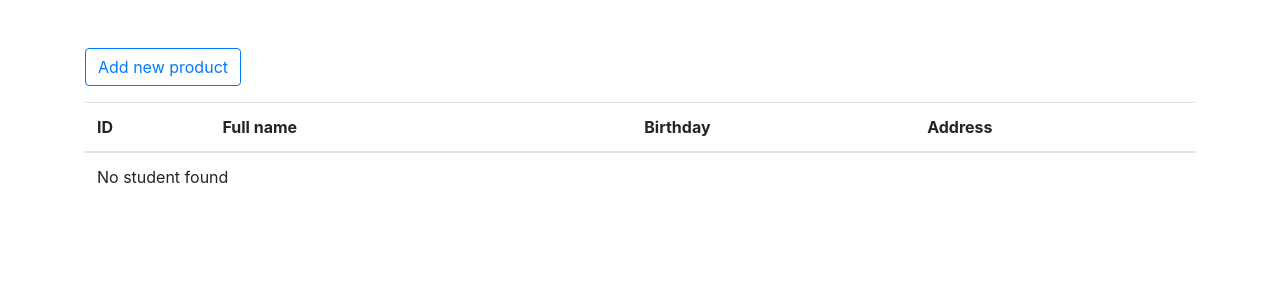
Repository: HungRau/TLU3675-php-laravel
Page: http://localhost/student-manage
An editor plug-in stored every save of this project. The page is shown before and after the next save, followed by the edit.
The browser window is 1280 px wide. The pictures show the whole page.
The page is served by the project's Laravel application, run on PHP 8.4 with Laravel 9. Other server files are loaded and not shown. Queries for data that is not in the repository find no rows.

Above is the page before, as saved 2022-10-14 21:25:28.

### routes/web.php
<?php

use Illuminate\Support\Facades\Route;

/*
|--------------------------------------------------------------------------
| Web Routes
|--------------------------------------------------------------------------
|
| Here is where you can register web routes for your application. These
| routes are loaded by the RouteServiceProvider within a group which
| contains the "web" middleware group. Now create something great!
|
*/

Route::get('/', function () {
    return view('welcome');
});
Route::get('/student-manage', 'App\Http\Controllers\StudentController@get_all_student');

// Route::get('student-edit/', function () {
//     return view('student_edit');
// });
Route::get('/student-edit/{id}', 'App\Http\Controllers\StudentController@edit');

### app/Http/Controllers/StudentController.php
<?php

namespace App\Http\Controllers;

use App\Models\Student; //add
use Illuminate\Http\Request;

class StudentController extends Controller
{
    public function get_all_student()
    {
        $students = Student::all(); //Nhan all du lieu tu DB
        return view('student_manage', ['students' => $students]);
    }
    public function get_student_by_id($id)
    {
        //do
        $students = Student::where('id', $id)->first();
        // $students = Student::find($id);
        return $students;
    }
    public function edit($id)
    {
        $students = Student::find($id);
        return view('student_edit', ['students' => $students]);
    }
    // /**
    //  * Show the form for creating a new resource.
    //  *
    //  * @return \Illuminate\Http\Response
    //  */
    // public function create()
    // {
    //     return view('student.add');
    // }

    // /**
    //  * Store a newly created resource in storage.
    //  *
    //  * @param  \Illuminate\Http\Request  $request
    //  * @return \Illuminate\Http\Response
    //  */
    // public function store(Request $request)
    // {
    //     $newPost = Student::create([
    //         'id' => $request->title,
    //         'fullname' => $request->fullname,
    //         'birthday' => $request->birthday,
    //         'address' => $request->address
    //     ]);

    //     return redirect('student/' . $newPost->id . '/edit');
    // }

    // /**
    //  * Display the specified resource.
    //  *
    //  * @param  \App\Models\Product  $product
    //  * @return \Illuminate\Http\Response
    //  */
    // public function show(Student $student)
    // {
    //     //
    // }

    // /**
    //  * Show the form for editing the specified resource.
    //  *
    //  * @param  \App\Models\Product  $product
    //  * @return \Illuminate\Http\Response
    //  */
    // public function edit(Student $student)
    // {
    //     return view('student.edit', [
    //         'student' => $student,
    //     ]);
    // }

    // /**
    //  * Update the specified resource in storage.
    //  *
    //  * @param  \Illuminate\Http\Request  $request
    //  * @param  \App\Models\Product  $product
    //  * @return \Illuminate\Http\Response
    //  */
    // public function update(Request $request, Student $student)
    // {
    //     $student->update([
    //         'id' => $request->title,
    //         'fullname' => $request->fullname,
    //         'birthday' => $request->birthday,
    //         'address' => $request->address
    //     ]);

    //     return redirect('student/' . $student->id . '/edit');
    // }

    // /**
    //  * Remove the specified resource from storage.
    //  *
    //  * @param  \App\Models\Product  $product
    //  * @return \Illuminate\Http\Response
    //  */
    // public function destroy(Student $student)
    // {
    //     $student->delete();
    //     return redirect('product/');
    // }
}

### app/Models/Student.php
<?php

namespace App\Models;

use Illuminate\Database\Eloquent\Factories\HasFactory;
use Illuminate\Database\Eloquent\Model;

class Student extends Model
{
    use HasFactory;
    protected $table = "students";
    protected $fillable = ['id', 'fullname', 'birthday', 'address'];
}

### resources/views/student_manage.blade.php
<!doctype html>
<html lang="en">
  <head>
    <title>Title</title>
    <!-- Required meta tags -->
    <meta charset="utf-8">
    <meta name="viewport" content="width=device-width, initial-scale=1, shrink-to-fit=no">

    <!-- Bootstrap CSS -->
    <link rel="stylesheet" href="https://stackpath.bootstrapcdn.com/bootstrap/4.3.1/css/bootstrap.min.css" integrity="sha384-ggOyR0iXCbMQv3Xipma34MD+dH/1fQ784/j6cY/iJTQUOhcWr7x9JvoRxT2MZw1T" crossorigin="anonymous">
  </head>
  <body>
    <div class="container">
        <div class="row">
            <div class="col-12 text-center pt-5">
                <div class="text-left"><a href="product/create" class="btn btn-outline-primary">Add new
                    product</a></div>

                <table class="table mt-3  text-left">
                    <thead>
                        <tr>
                            <th scope="col">ID</th>
                            <th scope="col" class="pr-5">Full name</th>
                            <th scope="col">Birthday</th>
                            <th scope="col">Address</th>
                        </tr>
                    </thead>
                    <tbody>
                        @forelse($students as $student)
					<tr>
						<td>{!! $student->id !!}</td>
						<td class="pr-5">{!! $student->fullname !!}</td>
						<td>{!! $student->birthday !!}</td>
                        <td>{!! $student->address !!}</td>
						<td><a href="student/{!! $student->id !!}"
							class="btn btn-outline-primary">Edit</a>
							<button type="button" class="btn btn-outline-danger ml-1"
								onClick='showModel({!! $student->id !!})'>Delete</button></td>
					</tr>
					@empty
					<tr>
						<td colspan="3">No student found</td>
					</tr>
					@endforelse
                    </tbody>
                </table>
            </div>
        </div>
    </div>
  </body>
</html>

Loaded but not shown: app/Http/Controllers/Controller.php (common file)

After the next save:
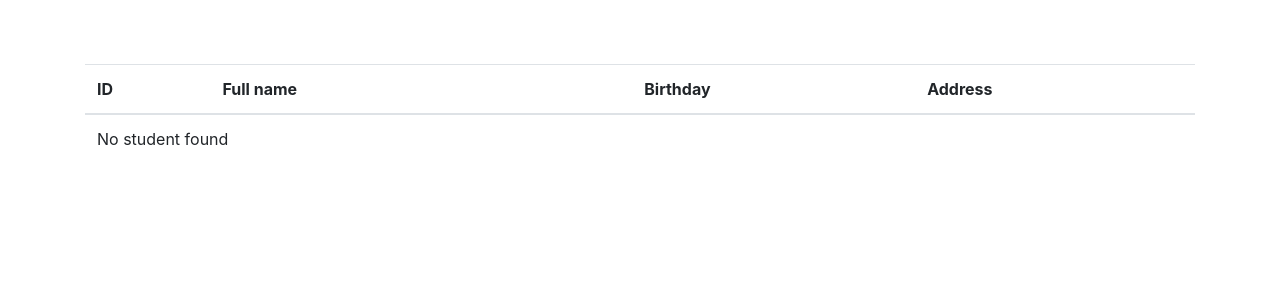
Saved 69 s later.
--- a/resources/views/student_manage.blade.php
+++ b/resources/views/student_manage.blade.php
@@ -13,8 +13,8 @@
     <div class="container">
         <div class="row">
             <div class="col-12 text-center pt-5">
-                <div class="text-left"><a href="product/create" class="btn btn-outline-primary">Add new
-                    product</a></div>
+                {{-- <div class="text-left"><a href="product/create" class="btn btn-outline-primary">Add new
+                    product</a></div> --}}
 
                 <table class="table mt-3  text-left">
                     <thead>
